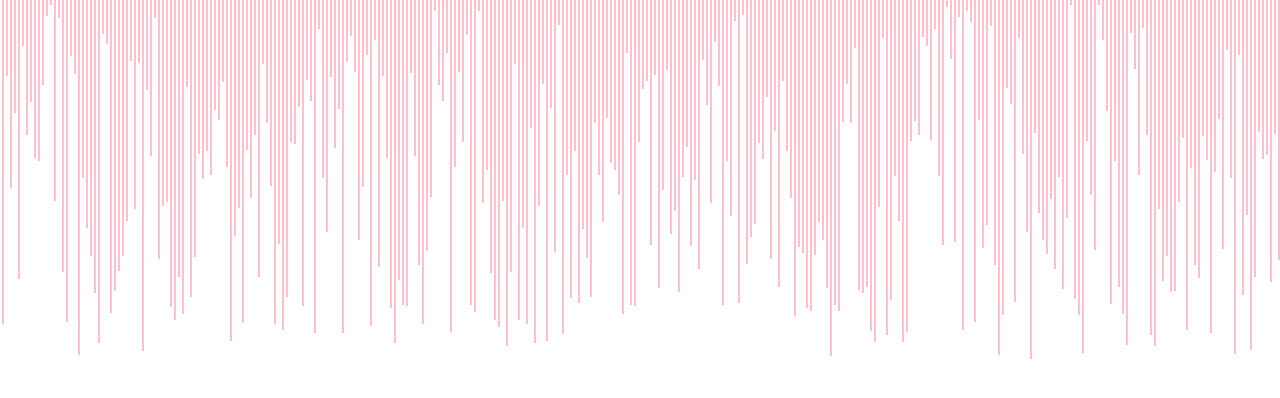
Repository: rehans-Life/sorting-visualizer
Page: /
An editor plug-in stored every save of this project. The page is shown before and after the next save, followed by the edit.
The browser window is 1280 px wide. The pictures show the whole page.
The project was rebuilt for these pictures with package versions that can differ from the ones it lists, and the page was loaded fresh each time. The framework's server and built-in components were replaced by stand-ins that run in the browser. Also part of the build but not shown: next.config.js.

Above is the page before, as saved 2023-03-17 17:24:15.

### pages/index.js
import Head from "next/head";
import { useEffect, useState } from "react";
import Element from "../components/Element";
import styles from "../styles/Home.module.css";

export default function Home() {
  const randomNumber = (min, max) => {
    return Math.floor(Math.random() * (max - min) + min);
  };

  const generateRandomArray = (bars) => {
    let arr = [];

    for (let i = 0; i < bars; i++) {
      arr.push(randomNumber(5, 360));
    }

    return arr;
  };

  const [array, setArray] = useState([]);

  useEffect(() => {
    let width = window.innerWidth;
    let bars = Math.floor(width / 4);
    setArray(generateRandomArray(bars));
  }, []);

  return (
    <div className={styles.container}>
      <Head>
        <title>Create Next App</title>
        <meta name="description" content="Generated by create next app" />
        <link rel="icon" href="/favicon.ico" />
      </Head>
      <div className={styles.array}>
        {array.map((number, index) => (
          <Element key={index} number={number} />
        ))}
      </div>
    </div>
  );
}

### styles/globals.css
@import url("https://fonts.googleapis.com/css2?family=Lato:wght@100;300;400;700;900&family=Poppins:ital,wght@0,100;0,200;0,300;0,400;0,500;0,600;0,700;1,200&display=swap");

html,
body {
  padding: 0;
  margin: 0;
  font-family: Poppins;
}

a {
  color: inherit;
  text-decoration: none;
}

* {
  box-sizing: border-box;
}

### components/Element.jsx
import React from "react";
import styles from "../styles/Element.module.css";

export default function Element({ number }) {
  return (
    <div className={styles.element} style={{ height: `${number}px` }}></div>
  );
}

### styles/Home.module.css
.container {
  display: flex;
  justify-content: center;
}

.array {
  display: flex;
}

### styles/Element.module.css
.element {
  width: 2px;
  background-color: pink;
  margin: 0 0 0 2px;
}

Loaded but not shown: pages/_app.js (common file)

After the next save:
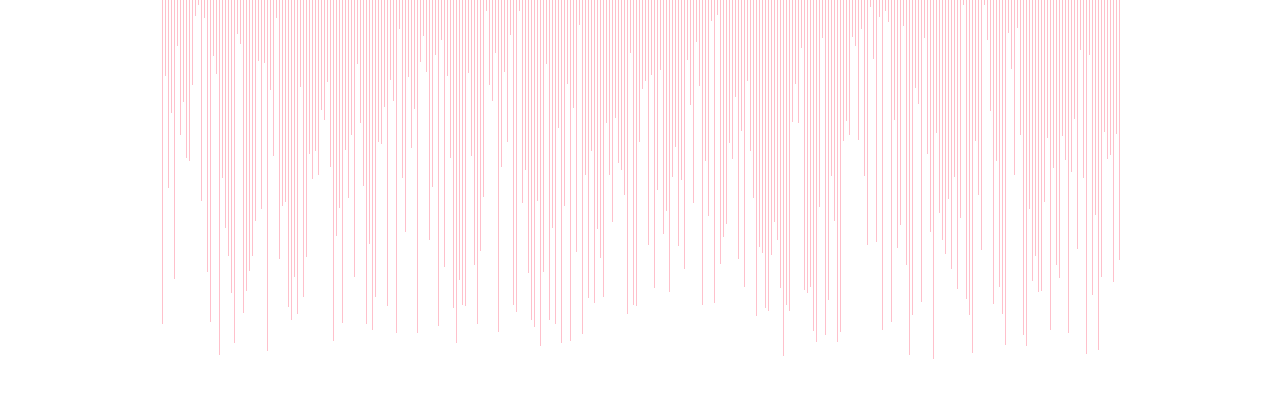
Saved 34 s later.
--- a/styles/Home.module.css
+++ b/styles/Home.module.css
@@ -5,4 +5,5 @@
 
 .array {
   display: flex;
+  width: 75%;
 }
